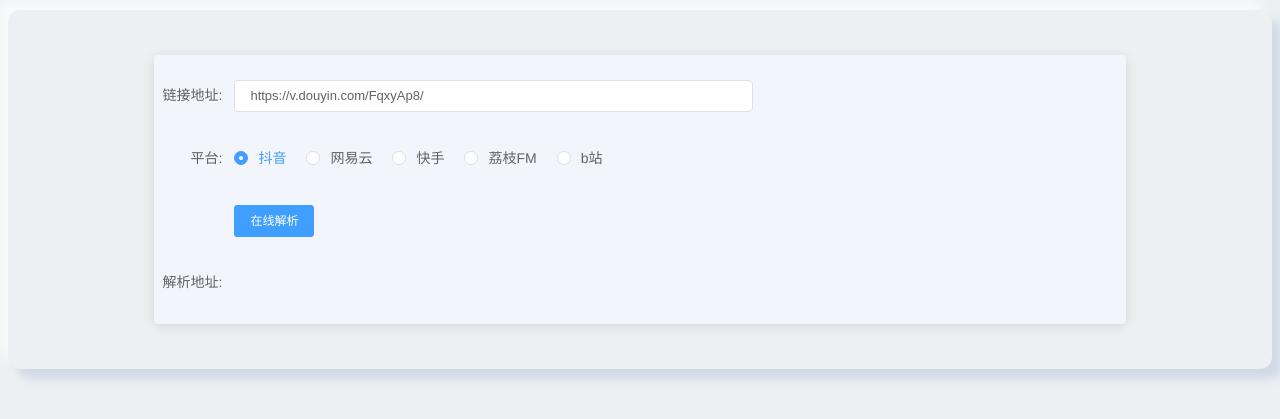
Repository: lyln/freepd
Page: / (app in frontend/freepd/)
An editor plug-in stored every save of this project. The page is shown before and after a run of saves, followed by the edit.
The browser window is 1280 px wide. The pictures show the whole page.
The project was rebuilt for these pictures with package versions that can differ from the ones it lists, and the page was loaded fresh each time. Also part of the build but not shown: frontend/freepd/src/components/HelloWorld.vue.

Above is the page before, as saved 2022-05-29 14:58:09.

### frontend/freepd/index.html
<!DOCTYPE html>
<html>
  <head>
    <meta charset="utf-8">
    <meta name="viewport" content="width=device-width,initial-scale=1.0">
    <meta name="referrer" content="no-referrer" />
    <title>freepd</title>
    <link href="https://fonts.googleapis.com/css2?family=Montserrat:wght@400;700;800&amp;display=swap" rel="stylesheet">
    <style type="text/css">
    	body {
    		font-family: 'Montserrat',sans-serif;
    		font-size: 12px;
    		background-color: #ecf0f3;
   			color: #a0a5a8
    	}
    </style>
  </head>
  <body>
    <div id="app"></div>
    <!-- built files will be auto injected -->
  </body>
</html>

### frontend/freepd/src/main.js
// The Vue build version to load with the `import` command
// (runtime-only or standalone) has been set in webpack.base.conf with an alias.
import Vue from 'vue'
import App from './App'
import router from './router'
import ElementUI from 'element-ui';
import 'element-ui/lib/theme-chalk/index.css';

Vue.config.productionTip = false
Vue.use(ElementUI)


/* eslint-disable no-new */
new Vue({
  el: '#app',
  router,
  components: { App },
  template: '<App/>'
})

### frontend/freepd/src/App.vue
<template>
	<div id="app">
		<router-view />
	</div>
</template>

<script>
export default {
	name: 'App',
}
</script>

<style>
#app {
	font-family: 'Avenir', Helvetica, Arial, sans-serif;
	-webkit-font-smoothing: antialiased;
	-moz-osx-font-smoothing: grayscale;
	text-align: center;
	/* color: #2c3e50; */
	color: #34495e;
	margin-top: 10px;
	/* background-color: #fff; */
}
</style>

### frontend/freepd/src/router/index.js
import Vue from 'vue'
import Router from 'vue-router'
import HelloWorld from '@/components/HelloWorld'

Vue.use(Router)

export default new Router({
  routes: [
    {
      path: '/',
      name: 'Home',
      component: ()=> import('@/views/Home')
    },
    {
      path: '/hello',
      name: 'Hello',
      component: HelloWorld
    }
  ]
})

### frontend/freepd/src/views/Home.vue

<template>
	<div class="home">
		<el-row type="flex" class="row-bg" justify="center">
			<div class="grid-content bg-purple">
				<el-col :span="18">
					<el-form ref="form" :model="form" label-width="80px">

						<el-form-item label="链接地址:" style="margin-top: 20px">
							<el-input v-model="form.url" size="small" style="width: 80%"></el-input>
						</el-form-item>
						<el-form-item label="平台:">
							<el-radio-group v-model="form.type">
								<el-radio :label="1">抖音</el-radio>
								<el-radio :label="2">网易云</el-radio>
								<el-radio :label="3">快手</el-radio>
								<el-radio :label="4">荔枝FM</el-radio>
								<el-radio :label="5">b站</el-radio>
							</el-radio-group>
						</el-form-item>

						<el-form-item>
							<el-button type="primary" size="small" @click="onSubmit">在线解析</el-button>
						</el-form-item>

						<el-form-item label="解析地址:">
							<!-- <el-link>视频地址</el-link> -->
							<video width="480" height="360" controls="controls" v-if='videoUrl' :src="videoUrl">
								<!-- <source :src="videoUrl" type="video/ogg" :key="vidioKey"> -->
								Your browser does not support the video tag.
							</video>
							<br v-if="videoUrl">
							<audio width="260" ref="audio" v-if="audioUrl" class="audio" :src="audioUrl" controls="controls">Your browser does not support the audio tag.</audio>

						</el-form-item>

					</el-form>

				</el-col>
			</div>

		</el-row>
	</div>
</template>

<script>
import { douyin, wangyiyun, kuaishou, lizhiFM, bilibili } from '@/api/parse'

export default {
	name: 'Home',
	data() {
		return {
			form: {
				url: 'https://v.douyin.com/FqxyAp8/',
				type: 1,
			},
			videoUrl: '',
			audioUrl: '',
			vidioKey: 1,
		}
	},
	methods: {
		onSubmit() {
			switch (this.form.type) {
				case 1:
					douyin(this.form)
						.then((res) => {
							console.log(res.data)
							this.videoUrl = res.data.video.play
							this.audioUrl = res.data.music.play
						})
						.catch((err) => {
							console.log('抖音解析请求失败', err)
						})
					break
				case 2:
					wangyiyun(this.form)
						.then((res) => {
							var dataUrl = res.data.data
							if (dataUrl.videos) {
								this.videoUrl = dataUrl.videos[0]
							} else {
								this.videoUrl = ''
								this.audioUrl = dataUrl.audios[0]
							}
						})
						.catch((err) => {
							console.log('网易云解析请求失败', err)
						})
					break
				case 3:
					kuaishou(this.form)
						.then((res) => {
							var dataUrl = res.data
							if (dataUrl.video) {
								this.videoUrl = dataUrl.video
								this.audioUrl = ''
							}
						})
						.catch((err) => {
							console.log('快手解析请求失败', err)
						})
					break
				case 4:
					lizhiFM(this.form)
						.then((res) => {
							var dataUrl = res.data
							if (dataUrl.voice_url) {
								this.videoUrl = ''
								this.audioUrl = dataUrl.voice_url
							}
						})
						.catch((err) => {
							console.log('荔枝FM解析请求失败', err)
						})
					break
				case 5:
					bilibili(this.form)
						.then((res) => {
							var dataUrl = res.data.data
							console.log(dataUrl)
							console.log(dataUrl.videos[0])
							if (dataUrl.videos) {
								this.videoUrl = dataUrl.videos[0]
								this.audioUrl = ''
							}
						})
						.catch((err) => {
							console.log('b站解析请求失败', err)
						})
					break
				default:
					console.log('解析请求失败')
			}
		},
	},
	// watch: {
	// 	videoRefresh() {
	// 		++this.vidioKey
	// 	},
	// },
}
</script>

<style lang="css" scoped>
.home {
	padding: 25px;
	background-color: #ecf0f3;
	box-shadow: 10px 10px 10px #d1d9e6, -10px -10px 10px #f9f9f9;
	border-radius: 12px;
}
.row-bg {
	/* background-color: #c0c4cc; */
	/* background-color: #f9fafc; */
}

.bg-purple {
	margin: 20px 0;
	background: #f2f6fc;
	box-shadow: 0 2px 12px 0 rgba(0, 0, 0, 0.1);
}
.grid-content {
	border-radius: 4px;
	width: 80%;
}

.el-form-item {
	text-align: left;
}

.el-radio {
	margin-right: 20px;
}

video {
	object-fit: fill;
}

audio {
	object-fit: fill;
}
</style>

### frontend/freepd/src/api/parse.js
import axios from 'axios'

let baseURL='http://127.0.0.1:8080/'

export function douyin(data) {
    return axios({
        method: "post",
        url: baseURL+"douyin",
        data: {
            url: data.url
        }
      })
  }

export function wangyiyun(data) {
    return axios({
        method: "post",
        url: baseURL+"wangyiyun",
        data: {
            url: data.url
        }
      })
  }
export function kuaishou(data) {
    return axios({
        method: "post",
        url: baseURL+"kuaishou",
        data: {
            url: data.url
        }
      })
  }
export function lizhiFM(data) {
    return axios({
        method: "post",
        url: baseURL+"lizhiFM",
        data: {
            url: data.url
        }
      })
  }
export function bilibili(data) {
    return axios({
        method: "post",
        url: baseURL+"bilibili",
        data: {
            url: data.url
        }
      })
  }

After the next 2 saves:
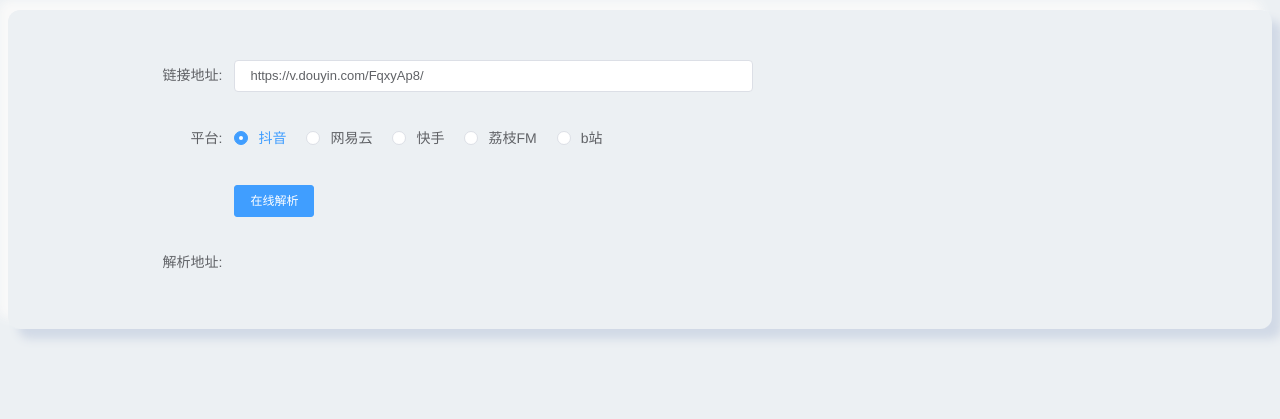
The 2 saves are shown as one change because 1 did not build or start.
The last was saved 34 s later.
--- a/frontend/freepd/src/views/Home.vue
+++ b/frontend/freepd/src/views/Home.vue
@@ -149,16 +149,16 @@ export default {
 	box-shadow: 10px 10px 10px #d1d9e6, -10px -10px 10px #f9f9f9;
 	border-radius: 12px;
 }
-.row-bg {
-	/* background-color: #c0c4cc; */
-	/* background-color: #f9fafc; */
-}
+/* .row-bg {
+	background-color: #c0c4cc;
+	background-color: #f9fafc;
+} */
 
-.bg-purple {
+/* .bg-purple {
 	margin: 20px 0;
 	background: #f2f6fc;
 	box-shadow: 0 2px 12px 0 rgba(0, 0, 0, 0.1);
-}
+} */
 .grid-content {
 	border-radius: 4px;
 	width: 80%;
